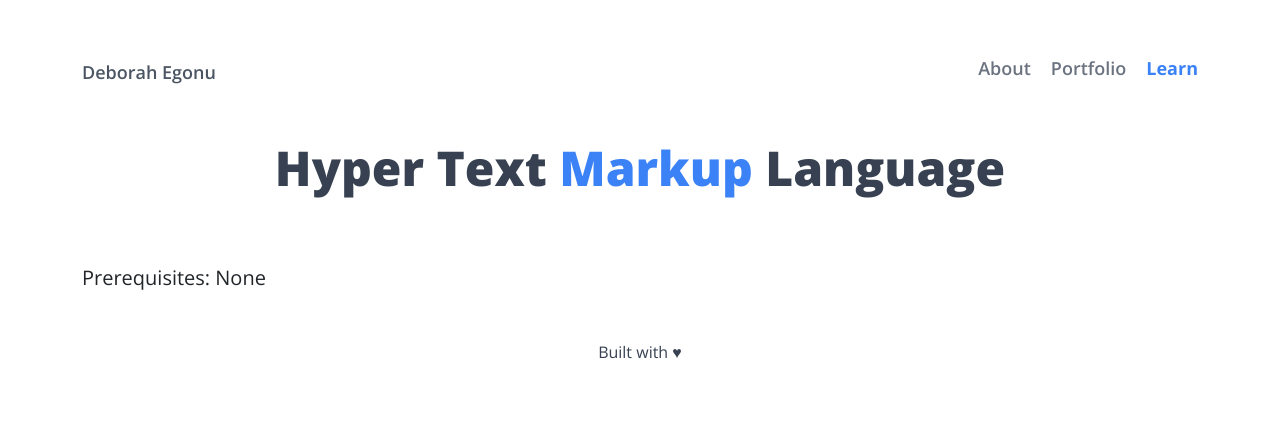
Repository: latenightsnacc/codewithdeb
Page: learn/courses/HTML/getting-started.html
The author's editor kept a copy of each file at every save. The page is drawn from the files as they stood at one save, then again after the next save.
The browser window is 1280 px wide. The pictures show the whole page.
The style sheet was rebuilt from its Sass, Less or Tailwind sources for each picture, by a compiler version that may differ from the author's.

Above is the page before, as saved 2021-06-07 14:12:32.

After the next save:
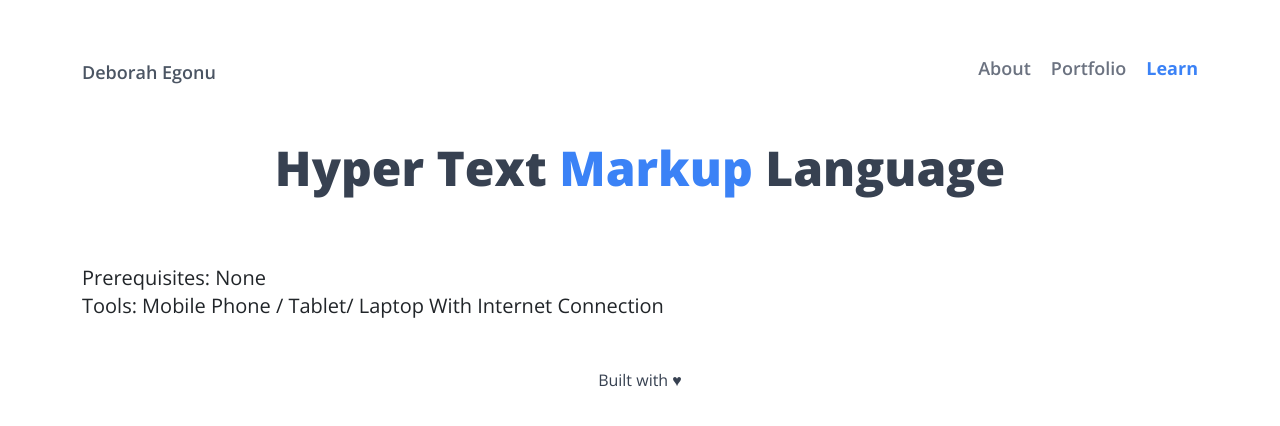
Saved 49 s later.
--- a/learn/courses/HTML/getting-started.html
+++ b/learn/courses/HTML/getting-started.html
@@ -51,6 +51,7 @@
     <div class="container">
         <div class="flex flex-col">
             <div class="text-xl capitalize">prerequisites: <span>None</span></div>
+            <div class="text-xl capitalize">tools: <span>Mobile phone / tablet/ laptop with internet connection</span></div>
         </div>
     </div>
      <!--SPACER-->
